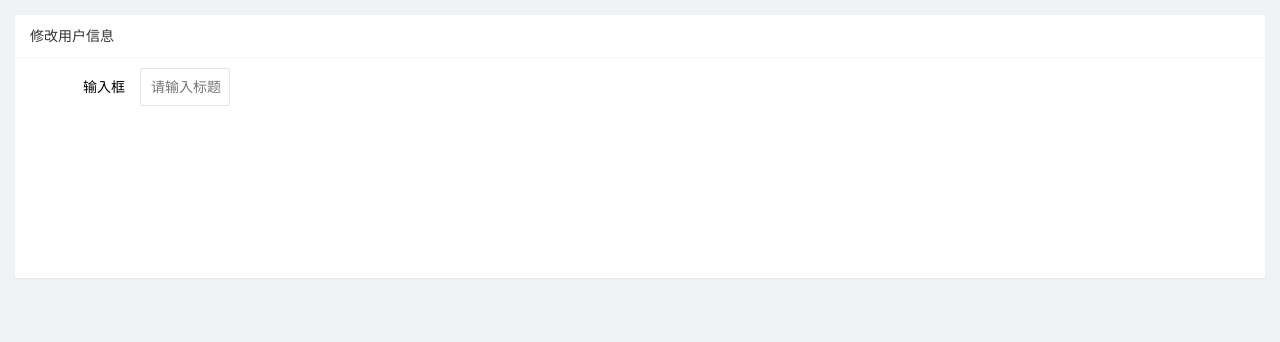
Repository: toastname/openread
Page: User/user_info.html
The author's editor kept a copy of each file at every save. The page is drawn from the files as they stood at one save, then again after the next save.
The browser window is 1280 px wide. The pictures show the whole page.

Above is the page before, as saved 2021-06-06 18:13:18.

### User/user_info.html
<!DOCTYPE html>
<html lang="en">

<head>
    <meta charset="UTF-8">
    <meta http-equiv="X-UA-Compatible" content="IE=edge">
    <meta name="viewport" content="width=device-width, initial-scale=1.0">
    <title>Document</title>
    <script src="../lib/jquery.js"></script>
    <link rel="stylesheet" href="../lib/layui/css/layui.css">
    <link rel="stylesheet" href="../styles/User/user_info.css">
</head>

<body>
    <div class="layui-card">
        <div class="layui-card-header">修改用户信息</div>
        <div class="layui-card-body">
            <form class="layui-form" action="">
                <div class="layui-form-item">
                    <label class="layui-form-label">输入框</label>
                    <div class="layui-input-block">
                        <input type="text" name="title" required lay-verify="required" placeholder="请输入标题" autocomplete="off" class="layui-input">
                    </div>
                </div>
        </div>
    </div>


    <!-- 导入layui的script -->
    <script src="lib/layui/layui.all.js"></script>
    <script src="lib/jquery.js"></script>
    <script src="scripts/baseAPI.js"></script>
</body>

</html>

### styles/User/user_info.css
body {
    background-color: #f0f2f4;
    padding: 15px;
}

.layui-form {
    width: 200px;
    height: 200px;
}

### scripts/baseAPI.JS
// 注意：每次调用 $.get() 或 $.post() 或 $.ajax() 的时候，
// 会先调用 ajaxPrefilter 这个函数
// 在这个函数中，可以拿到我们给Ajax提供的配置对象
$.ajaxPrefilter(function(options) {
    // 在发起真正的 Ajax 请求之前，统一拼接请求的根路径
    options.url = 'http://api-breakingnews-web.itheima.net' + options.url

    // 统一为有权限的接口，设置 headers 请求头
    if (options.url.indexOf('/my/') !== -1) {
        options.headers = {
            Authorization: localStorage.getItem('token') || ''
        }
    }

    // 全局统一挂载 complete 回调函数
    options.complete = function(res) {
        // console.log('执行了 complete 回调：')
        // console.log(res)
        // 在 complete 回调函数中，可以使用 res.responseJSON 拿到服务器响应回来的数据
        if (res.responseJSON.status === 1 && res.responseJSON.message === '身份认证失败！') {
            // 1. 强制清空 token
            localStorage.removeItem('token')
                // 2. 强制跳转到登录页面
            location.href = '/login.html'
        }
    }
})

Loaded but not shown: lib/jquery.js (library); lib/layui/css/layui.css (library); lib/layui/layui.all.js (library); lib/layui/css/modules/laydate/default/laydate.css (library); lib/layui/css/modules/layer/default/layer.css (library); lib/layui/css/modules/code.css (common file)

After the next save:
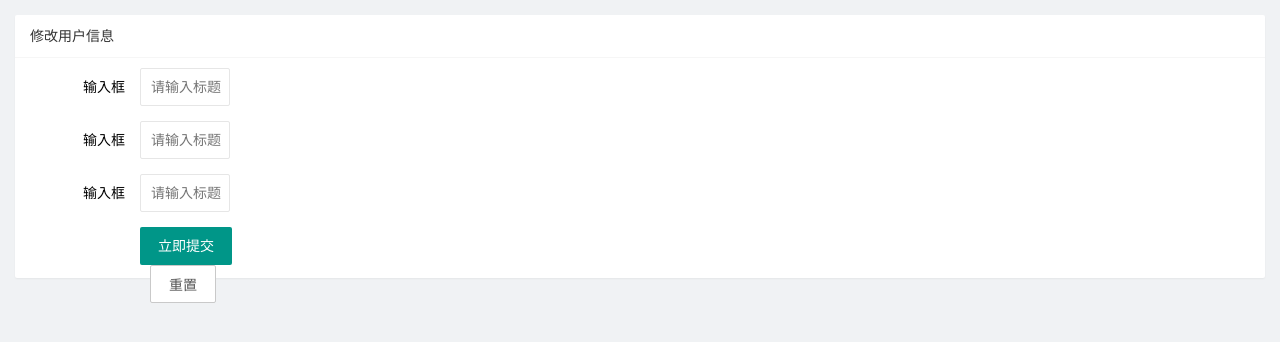
Saved 62 s later.
--- a/User/user_info.html
+++ b/User/user_info.html
@@ -22,6 +22,24 @@
                         <input type="text" name="title" required lay-verify="required" placeholder="请输入标题" autocomplete="off" class="layui-input">
                     </div>
                 </div>
+                <div class="layui-form-item">
+                    <label class="layui-form-label">输入框</label>
+                    <div class="layui-input-block">
+                        <input type="text" name="title" required lay-verify="required" placeholder="请输入标题" autocomplete="off" class="layui-input">
+                    </div>
+                </div>
+                <div class="layui-form-item">
+                    <label class="layui-form-label">输入框</label>
+                    <div class="layui-input-block">
+                        <input type="text" name="title" required lay-verify="required" placeholder="请输入标题" autocomplete="off" class="layui-input">
+                    </div>
+                </div>
+                <div class="layui-form-item">
+                    <div class="layui-input-block">
+                        <button class="layui-btn" lay-submit lay-filter="formDemo">立即提交</button>
+                        <button type="reset" class="layui-btn layui-btn-primary">重置</button>
+                    </div>
+                </div>
         </div>
     </div>
 
